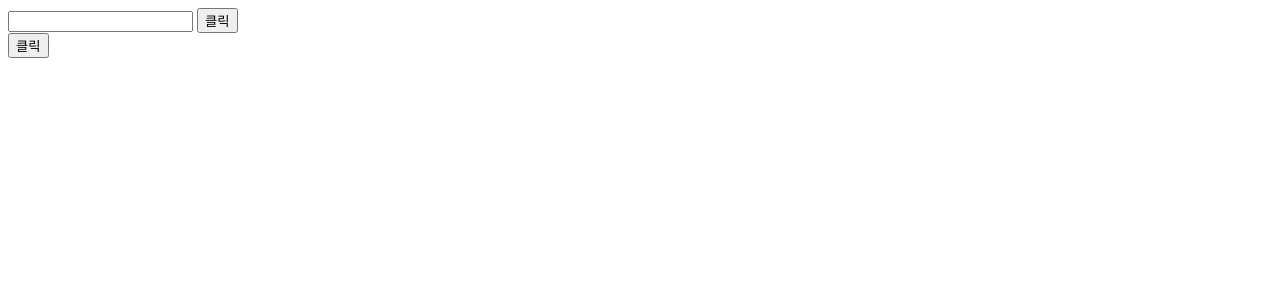
Repository: kimkeng/BackendClass
Page: example/src/main/webapp/js10.html
These files come from the project's save history. The page is drawn as it stood at one moment and after the next save; the edit follows.
The browser window is 1280 px wide. The pictures show the whole page.

Above is the page before, as saved 2023-08-21 00:54:58.

### example/src/main/webapp/js10.html
<!DOCTYPE html>
<html>
<head>
<meta charset="UTF-8">
<title>onclick ~ onchange, submit, click</title>
</head>
<body>
	<form id="f" method="post" action="http://naver.com">
		<input type="text">
		<input type="submit" value="클릭" onclick="abc()">	<!-- submit은 onclick을 form태그에 써야함 -->
	</form>
</body>
<input type="button" value="클릭" onclick="bbb()">	<!-- button은 form태그 바깥에서 쓰고 script에 써 줘도 된다 -->
<script>
	function abc(){
		alert("test");
		return false;
	}
	function bbb(){
		f.submit();
	}
</script>
</html>

After the next save:
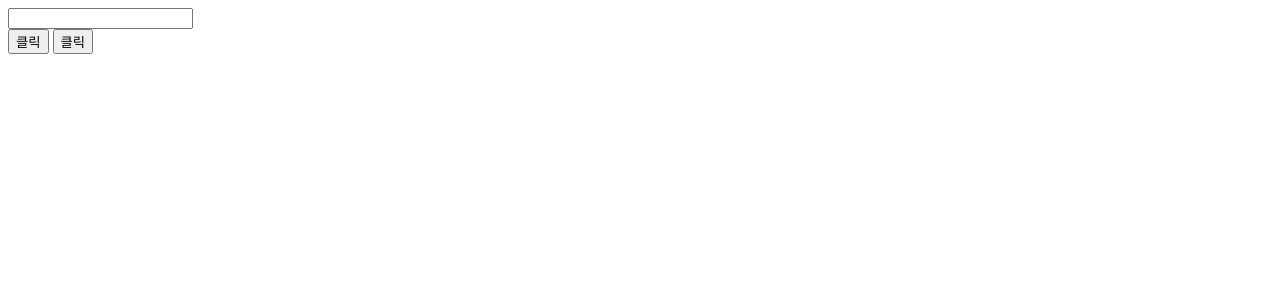
Saved 5 s later.
--- a/example/src/main/webapp/js10.html
+++ b/example/src/main/webapp/js10.html
@@ -7,9 +7,9 @@
 <body>
 	<form id="f" method="post" action="http://naver.com">
 		<input type="text">
-		<input type="submit" value="클릭" onclick="abc()">	<!-- submit은 onclick을 form태그에 써야함 -->
 	</form>
 </body>
+<input type="submit" value="클릭" onclick="abc()">	<!-- submit은 onclick을 form태그에 써야함 -->
 <input type="button" value="클릭" onclick="bbb()">	<!-- button은 form태그 바깥에서 쓰고 script에 써 줘도 된다 -->
 <script>
 	function abc(){

After the save that followed:
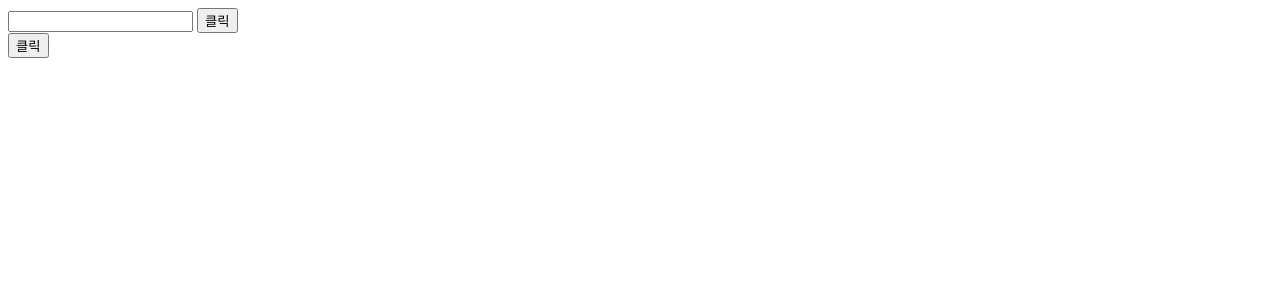
Saved 70 s later.
--- a/example/src/main/webapp/js10.html
+++ b/example/src/main/webapp/js10.html
@@ -7,9 +7,9 @@
 <body>
 	<form id="f" method="post" action="http://naver.com">
 		<input type="text">
+		<input type="submit" value="클릭" onclick="abc()">	<!-- submit은 onclick을 form태그에 써야함 -->
 	</form>
 </body>
-<input type="submit" value="클릭" onclick="abc()">	<!-- submit은 onclick을 form태그에 써야함 -->
 <input type="button" value="클릭" onclick="bbb()">	<!-- button은 form태그 바깥에서 쓰고 script에 써 줘도 된다 -->
 <script>
 	function abc(){
